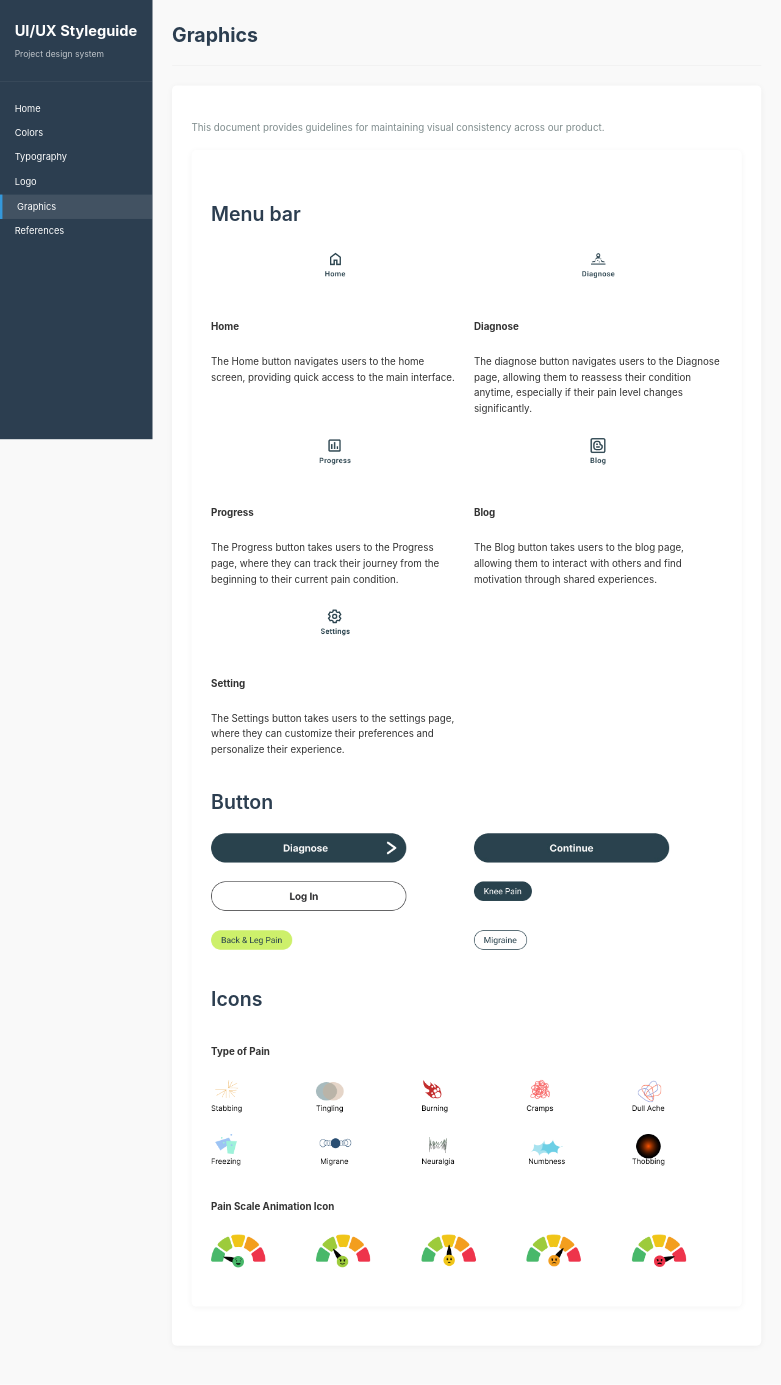
Repository: rosielee09/Heal_U
Page: graphics.html
These files come from the project's save history. The page is drawn as it stood at one moment and after the next save; the edit follows.
The browser window is 1280 px wide. The pictures show the whole page, at 61% of full size.

Above is the page before, as saved 2025-04-03 21:43:11.

### graphics.html
<!DOCTYPE html>
<html lang="en">
<head>
    <meta charset="UTF-8">
    <meta name="viewport" content="width=device-width, initial-scale=1.0">
    <link rel="stylesheet" href="styles.css">
    <title>Heal_U Styleguide</title>
</head>
<body>
    <div class="container">
        <!-- Sidebar Navigation -->
        <div class="sidebar">
            <div class="sidebar-header">
                <h1>UI/UX Styleguide</h1>
                <p>Project design system</p>
            </div>
            <ul class="nav">
                <li ><a href="index.html">Home</a></li>
                <li><a href="colors.html">Colors</a></li>
                <li><a href="typography.html">Typography</a></li>
                <li><a href="logo.html">Logo</a></li>
                <li class="active"><a href="graphics.html">Graphics</a></li>
                <li><a href="references.html">References</a></li>
            </ul>
        </div>

        <!-- Main Content - Home Page -->

        <div class="content">
            <header class="page-header">
                <h2>Graphics</h2>
            </header>

            <div class="component">
                <div class="component-header">
                  <p class="component-description">This document provides guidelines for maintaining visual consistency across our product.</p>
                </div>
           <!-- SECTION 1: menu bar -->
           <div class="component">
            <div class="component-header">

                <section class="component-section">
                    <h3 class="component-title">Menu bar</h3>
                    <div class="graphic-grid">
                        <!-- home -->
                        <div class="graphic-item">
                            <img class="graphic-menu__icon" src="/img/graphic-menu/home.png" alt="home">
                            <div class="graphic-info">
                                <h4 class="graphic-title">Home</h4>
                                <div>The Home button navigates users to the home screen, providing quick access to the main interface.</div>
                            </div>
                        </div>
                        <!-- diagnose -->
                        <div class="graphic-item">
                            <img class="graphic-menu__icon" src="/img/graphic-menu/diagnose.png" alt="diagnose">
                            <div class="graphic-info">
                                <h4 class="graphic-title">Diagnose </h4>
                                <div>The diagnose button navigates users to the Diagnose page, allowing them to reassess their condition anytime, especially if their pain level changes significantly.</div>
                            </div>
                        </div>
                        <!-- Progress -->
                        <div class="graphic-item">
                            <img class="graphic-menu__icon" src="/img/graphic-menu/progress.png" alt="Progress">
                            <div class="graphic-info">
                                <h4 class="graphic-title">Progress </h4>
                                <div>
                                    The Progress button takes users to the Progress page, where they can track their journey from the beginning to their current pain condition.</div>
                            </div>
                        </div>

                        <!-- blog -->
                        <div class="graphic-item">
                            <img class="graphic-menu__icon" src="/img/graphic-menu/blog.png" alt="blog">
                            <div class="graphic-info">
                                <h4 class="graphic-title">Blog </h4>
                                <div>The Blog button takes users to the blog page, allowing them to interact with others and find motivation through shared experiences.</div>
                        </div>
                        </div>

                        <!-- Setting -->
                        <div class="graphic-item">
                            <img class="graphic-menu__icon" src="/img/graphic-menu/setting.png" alt="Setting">
                            <div class="graphic-info">
                                <h4 class="graphic-title">Setting </h4>
                                <div>The Settings button takes users to the settings page, where they can customize their preferences and personalize their experience.</div>

                    </div>
                </div>
            </div>

<!-- button section -->
                <section class="component-section">
                    <h3 class="component-title">Button </h3>

                    <div class="graphic-grid">
                          <!-- fill button -->
                        <div class="graphic-item">
                            <img class="graphic-button__icon" src="/img/Appovation - buttons/Button-fill-withIcon.png" alt="fill-icon">
                        </div>
                        <div class="graphic-item">
                            <img class="graphic-button__icon" src="/img/Appovation - buttons/Button-fill.jpg" alt="fill">
                        </div>
                        <div class="graphic-item">
                            <img class="graphic-button__icon" src="/img/Appovation - buttons/Button-outline.jpg" alt="outline">
                        </div>
                        <div class="graphic-item">
                            <img class="graphic-button__icon" src="/img/Appovation - buttons/chips-fill.png" alt="chips">
                        </div>
                        <div class="graphic-item">
                            <img class="graphic-button__icon" src="/img/Appovation - buttons/chips-highlighted.png" alt="chips-highlighted">
                        </div>
                        <div class="graphic-item">
                            <img class="graphic-button__icon" src="/img/Appovation - buttons/chips-outlined.png" alt="chips-outlined">
                        </div>
                </div>
            </section>

            <section class="component-section">
                <h3 class="component-title">Icons </h3>
                <h4 class="graphic-title">Type of Pain</h4>
                <div class="graphic-grid__icons">

                    <div class="graphic-item">
                        <img class="graphic-icons" src="/img/Appovation - icons/Icon-stabbing.png" alt="pain_type_icon">
                    </div>
                    <div class="graphic-item">
                        <img class="graphic-icons" src="/img/Appovation - icons/Icon-tingling.png" alt="pain_type_icon">
                    </div>
                    <div class="graphic-item">
                        <img class="graphic-icons" src="/img/Appovation - icons/Icon_Burning.png" alt="pain_type_icon">
                    </div>
                    <div class="graphic-item">
                        <img class="graphic-icons" src="/img/Appovation - icons/Icon_Cramps.png" alt="pain_type_icon">
                    </div>
                    <div class="graphic-item">
                        <img class="graphic-icons" src="/img/Appovation - icons/Icon_dull ache.png" alt="pain_type_icon">
                    </div>
                    <div class="graphic-item">
                        <img class="graphic-icons" src="/img/Appovation - icons/Icon_freezing.png" alt="pain_type_icon">
                    </div>
                    <div class="graphic-item">
                        <img class="graphic-icons" src="/img/Appovation - icons/Icon_Migrane.png" alt="pain_type_icon">
                    </div>
                    <div class="graphic-item">
                        <img class="graphic-icons" src="/img/Appovation - icons/Icon_neuralgia.png" alt="pain_type_icon">
                    </div>
                    <div class="graphic-item">
                        <img class="graphic-icons" src="/img/Appovation - icons/Icon_numbness.png" alt="pain_type_icon">
                    </div>
                    <div class="graphic-item">
                        <img class="graphic-icons" src="/img/Appovation - icons/Icon_thobbing.png" alt="pain_type_icon">
                    </div>

                </div>


                <h4 class="graphic-title">Pain Scale Animation Icon</h4>
                <div class="graphic-grid__icons">

                    <div class="graphic-item">
                        <img class="graphic-icons" src="/img/Appovation - icons/Pain_difference-slider-green.png" alt="pain_scale_icon">
                    </div>
                    <div class="graphic-item">
                        <img class="graphic-icons" src="/img/Appovation - icons/Pain_difference-slider-mild.png" alt="pain_scale_icon">
                    </div>
                    <div class="graphic-item">
                        <img class="graphic-icons" src="/img/Appovation - icons/Pain_difference-slider-middle.png" alt="pain_scale_icon">
                    </div>
                    <div class="graphic-item">
                        <img class="graphic-icons" src="/img/Appovation - icons/Pain_difference-slider-less-severe.png" alt="pain_scale_icon">
                    </div>
                    <div class="graphic-item">
                        <img class="graphic-icons" src="/img/Appovation - icons/Pain_difference-slider-severe.png" alt="pain_scale_icon">
                    </div>


            </div>
        </section>


</body>
<script src="script.js"></script>
</html>

### styles.css
* {
    margin: 0;
    padding: 0;
    box-sizing: border-box;
}

body {
    font-family: 'Inter', -apple-system, BlinkMacSystemFont, 'Segoe UI', Roboto, Oxygen, Ubuntu, Cantarell, sans-serif;
    line-height: 1.6;
    color: #333;
    background-color: #f9f9f9;
}

/* Layout */
.container {
    display: flex;
    min-height: 100vh;
}

/* Sidebar Navigation */
.sidebar {
    width: 250px;
    background-color: #2c3e50;
    color: #fff;
    padding: 2rem 0;
    position: fixed;
    height: 100vh;
    overflow-y: auto;
}

.sidebar-header {
    padding: 0 1.5rem 2rem;
    border-bottom: 1px solid rgba(255, 255, 255, 0.1);
}

.sidebar-header h1 {
    font-size: 1.5rem;
    font-weight: 700;
    margin-bottom: 0.5rem;
}

.sidebar-header p {
    font-size: 0.875rem;
    opacity: 0.7;
}

.nav {
    list-style: none;
    padding: 1.5rem 0;
}

.nav li {
    padding: 0.5rem 1.5rem;
}

.nav li.active {
    background-color: rgba(255, 255, 255, 0.1);
    border-left: 4px solid #3498db;
}

.nav a {
    color: #fff;
    text-decoration: none;
    display: block;
    font-size: 0.95rem;
    transition: all 0.2s;
}

.nav a:hover {
    opacity: 0.8;
}

/* Main Content */
.content {
    flex: 1;
    padding: 2rem;
    margin-left: 250px;
    max-width: calc(100% - 250px);
}

.page-header {
    margin-bottom: 2rem;
    padding-bottom: 1rem;
    border-bottom: 1px solid #eee;
}

.page-header h2 {
    font-size: 2rem;
    font-weight: 700;
    color: #2c3e50;
    margin-bottom: 0.5rem;
}

.page-header p {
    color: #7f8c8d;
    font-size: 1.1rem;
}

/* Components Common Styles */
.component {
    background-color: #fff;
    border-radius: 8px;
    box-shadow: 0 2px 10px rgba(0, 0, 0, 0.05);
    padding: 2rem;
    margin-bottom: 2rem;
}

.component-section{
    margin-top: 3rem;
}

.component-header {
    margin-top: 1.5rem;
    margin-bottom: 1.5rem;
}

.component-title {
    font-size: 2rem;
    font-weight: 600;
    margin-top: 1.5rem;
    margin-bottom: 1.5rem;
    color: #2c3e50;
}

.component-description {
    color: #7f8c8d;
}


    /* Color Styles */
.color-grid {
    display: grid;
    grid-template-columns: repeat(auto-fill, minmax(300px, 1fr));
    gap: 1.5rem;
}

.color-grid__onlycolor {
    display: grid;
    grid-template-columns: repeat(auto-fill, minmax(300px, 2fr));
    gap: 1.5rem;
    align-items: center;
}

.color-grid__Accessiblilliy {
    display: grid;
    grid-template-columns: repeat(auto-fit, minmax(clamp(300px, 50%, 400px), 1fr));
    gap: 1.5rem;
}

.color-item {
    border-radius: 6px;
    overflow: hidden;
    box-shadow: 0 2px 5px rgba(0, 0, 0, 0.1);
}

.color-preview {
    height: 120px;
}

.color-info {
    padding: 1rem;
    background-color: #fff;
}

.color-name {
    font-weight: 600;
    margin-bottom: 0.25rem;
}

.color-value {
    font-family: monospace;
    color: #7f8c8d;
    font-size: 0.85rem;
}

.color__primary--preview{
    background-color: #29424D;
}

.color__secondary--preview{
    background-color: #CFC4F4;
}

.color__tertiary--preview {
    background-color: #F8F3EC;
}

.color__accent--preview{
    background-color: #CDF06B;
}

.color__success--preview{
    background-color: #138636;
}

.color__error--preview{
    background-color: #C32D2D;
}

.color__warning--preview{
    background-color: #FFBD11;
}

.color__info--preview{
    background-color: #4976BA;
}

.color__background--preview{
    background-color: #fff;
}

.color__text--preview{
    background-color: #2E2E30;
}

.color-accessiblillity-img {
    width: 100%;
    height: 70%;
}

.color-example-img{
    align-items: center;
}


/* Graphics */
.graphic-grid {
    display: grid;
    grid-template-columns: repeat(auto-fill, minmax(300px, 2fr));
    gap: 1.5rem;

}

/* section__icons */
.graphic-grid__icons{
    display: grid;
    grid-template-columns: repeat(5, 1fr);
    gap: 1.5rem;
}

.graphic-item{
   justify-items: center;
}

.graphic-menu__icon{
    margin: 10px;
}
.graphic-title{
    margin-top: 3rem;
    margin-bottom: 2rem;
}

/* Typography */

/* Import Roboto font with multiple weights */
@import url('https://fonts.googleapis.com/css2?family=Roboto:wght@400;500;700&display=swap');


/* Table styling */
table {
  width: 100%;
  border-collapse: collapse;
  font-family: 'Roboto', sans-serif;
  margin: 2rem 0;
}

th {
  background-color: #f8f9fa;
  color: #212529;
  padding: 12px 16px;
  text-align: left;
  font-weight: 500;
  border-bottom: 2px solid #dee2e6;

}

td {
  padding: 16px;
  border-bottom: 1px solid #e9ecef;
  vertical-align: top;
}

/* Remove default list styling */
td li {
  list-style: none;
  margin: 4px 0;
  padding-left: 0;
}



.content-image {
  margin: auto;
  display: block;
  padding: 1rem;
}

.center {
  text-align: center;
}



.typography-item {
    margin-bottom: 2rem;
}


.heading1 {
  font-family: 'Roboto', sans-serif;
  font-size: 40px;
  line-height: 48px;
  font-weight: 700;
  color: #212529;

}

.heading2 {
  font-family: 'Roboto', sans-serif;
  font-size: 32px;
  line-height: 40px;
  font-weight: 700;
  color: #212529;
}

.section-header {
  font-family: 'Roboto', sans-serif;
  font-size: 24px;
  line-height: 32px;
  font-weight: 700;
  color: #212529;
}

.sub-header {
  font-family: 'Roboto', sans-serif;
  font-size: 20px;
  line-height: 28px;
  font-weight: 700;
  color: #212529;
}

.body-bold {
  font-family: 'Roboto', sans-serif;
  font-size: 16px;
  line-height: 24px;
  font-weight: 700;
  color: #212529;
}


.body {
  font-family: 'Roboto', sans-serif;
  font-size: 16px;
  line-height: 24px;
  font-weight: 400;
  color: #212529;
}

.small {
  font-family: 'Roboto', sans-serif;
  font-size: 14px;
  line-height: 20px;
  font-weight: 400;
  color: #212529;
}

.small-italic {
  font-family: 'Roboto', sans-serif;
  font-style: italic;
  font-size: 14px;
  line-height: 20px;
  font-weight: 400;
  color: #212529;
}

.tiny-bold {
  font-family: 'Roboto', sans-serif;
  font-size: 12px;
  line-height: 18px;
  font-weight: 700;
  color: #212529;
}

.tiny {
  font-family: 'Roboto', sans-serif;
  font-size: 12px;
  line-height: 18px;
  font-weight: 400;
  color: #212529;
}

.mini {
  font-family: 'Roboto', sans-serif;
  font-size: 8px;
  line-height: 12px;
  font-weight: 400;
  color: #212529;
  letter-spacing: 0.5px;
}

/* Add zebra striping for better readability */
tbody tr:nth-child(odd) {
  background-color: #f8f9fa;
}

Loaded but not shown: script.js (no stored copy; drawn as an empty file)

After the next save:
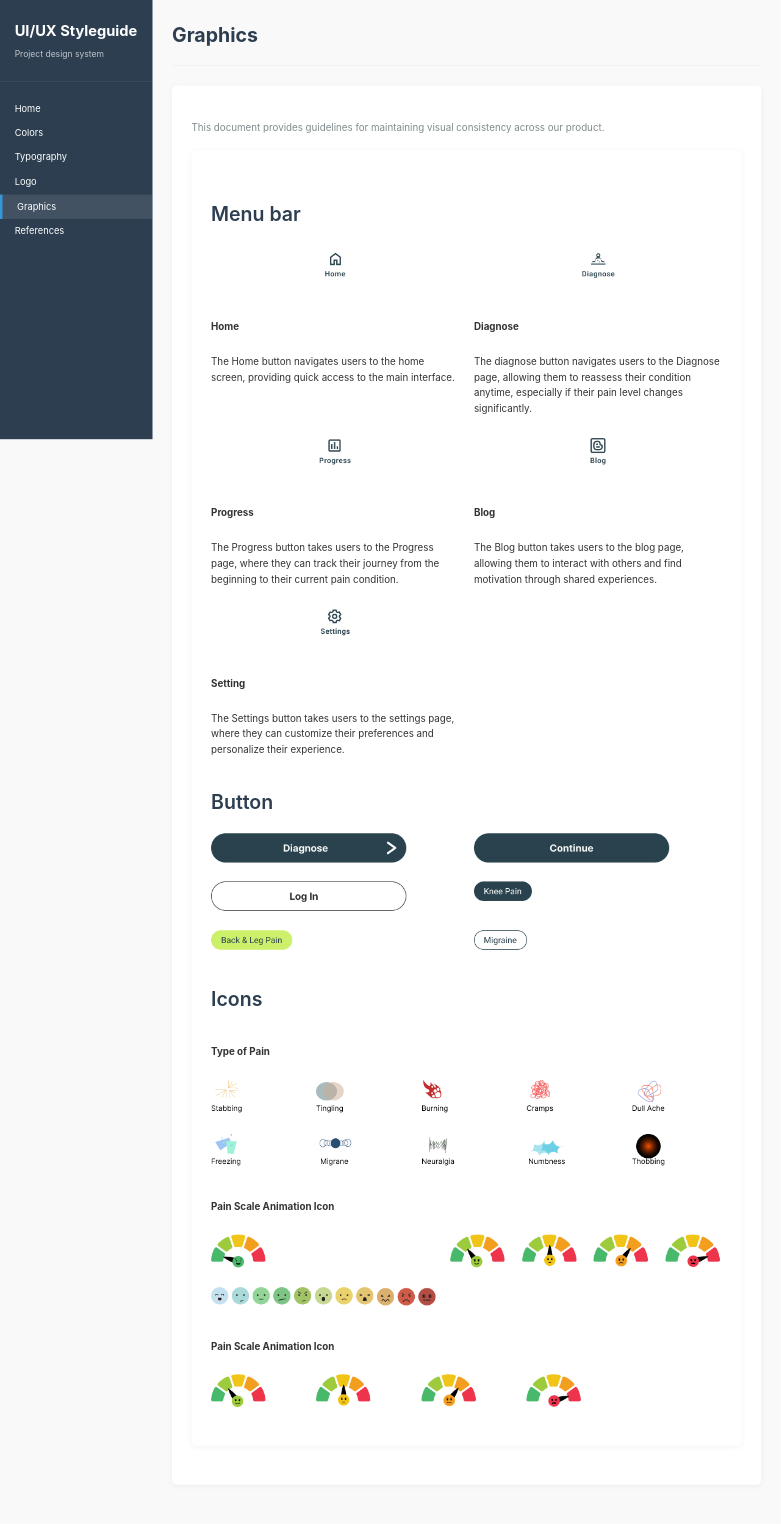
Saved 67 s later.
--- a/graphics.html
+++ b/graphics.html
@@ -172,9 +172,30 @@
                     <div class="graphic-item">
                         <img class="graphic-icons" src="/img/Appovation - icons/Pain_difference-slider-severe.png" alt="pain_scale_icon">
                     </div>
-
-
-            </div>
+                    <div class="graphic-item">
+                        <img class="graphic-icons" src="/img/Appovation - icons/progress pain scale.png" alt="pain_scale_icon">
+                    </div>
+                </div>
+
+                <h4 class="graphic-title">Pain Scale Animation Icon</h4>
+                <div class="graphic-grid__icons">
+
+
+                    <div class="graphic-item">
+                        <img class="graphic-icons" src="/img/Appovation - icons/Pain_difference-slider-mild.png" alt="pain_scale_icon">
+                    </div>
+                    <div class="graphic-item">
+                        <img class="graphic-icons" src="/img/Appovation - icons/Pain_difference-slider-middle.png" alt="pain_scale_icon">
+                    </div>
+                    <div class="graphic-item">
+                        <img class="graphic-icons" src="/img/Appovation - icons/Pain_difference-slider-less-severe.png" alt="pain_scale_icon">
+                    </div>
+                    <div class="graphic-item">
+                        <img class="graphic-icons" src="/img/Appovation - icons/Pain_difference-slider-severe.png" alt="pain_scale_icon">
+                    </div>
+                </div>
+
+
         </section>
 
 
